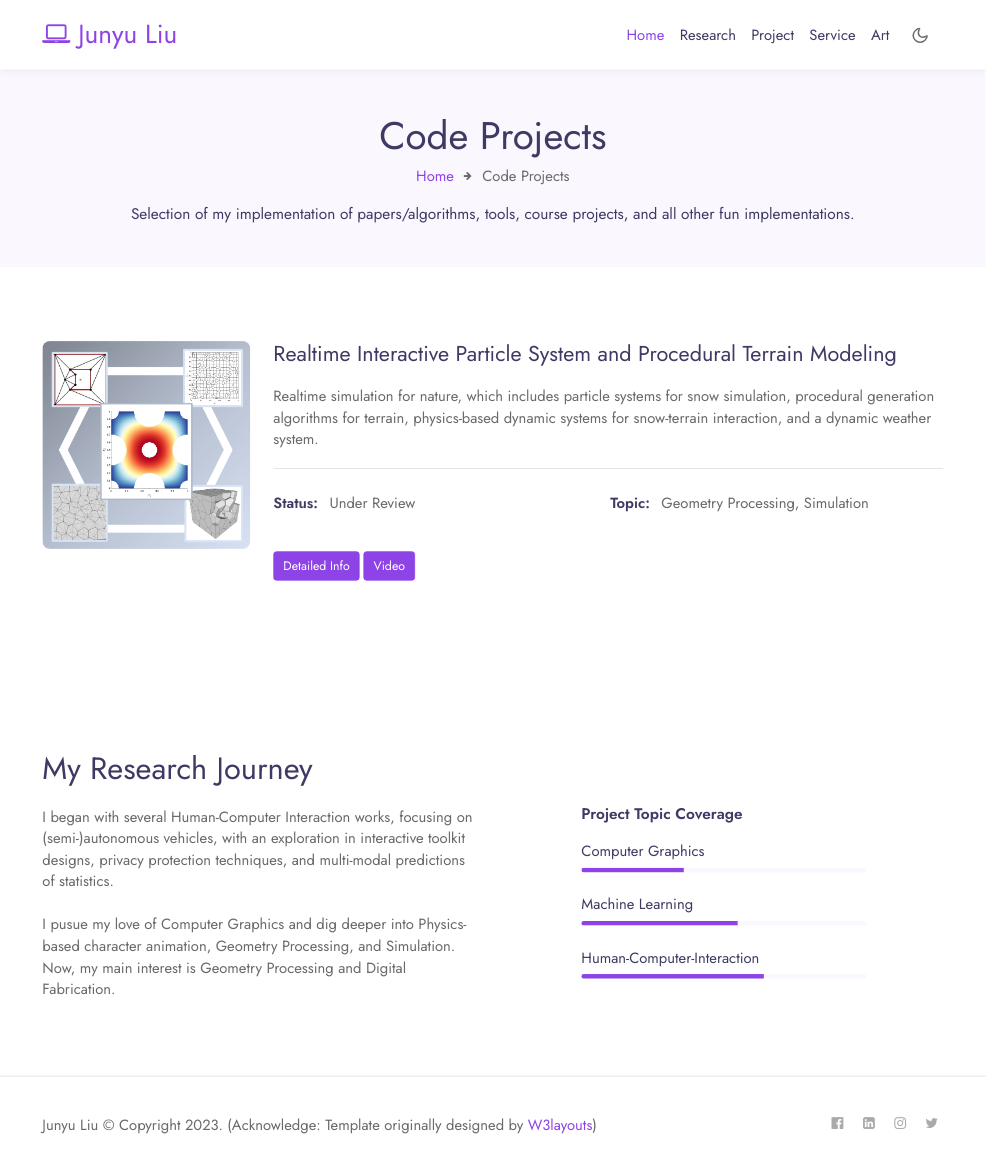
Repository: Junyu-Liu-Nate/junyu-liu-nate.github.io
Page: project.html
An editor plug-in stored every save of this project. The page is shown before and after the next save, followed by the edit.
The browser window is 1280 px wide. The pictures show the whole page, at 77% of full size.

Above is the page before, as saved 2024-04-10 18:04:17.
Console error: TypeError: Cannot read properties of null (reading 'classList')

### project.html
<!--
Author: Junyu Liu
Author: W3layouts
Author URL: http://w3layouts.com
-->
<!doctype html>
<html lang="en">

<head>
  <!-- Required meta tags -->
  <meta charset="utf-8">
  <meta name="viewport" content="width=device-width, initial-scale=1, shrink-to-fit=no">

  <title>Junyu Liu - Projects</title>

  <!-- google fonts -->
  <link href="//fonts.googleapis.com/css2?family=Jost:wght@300;400;600&display=swap" rel="stylesheet">

  <!-- Template CSS -->
  <link rel="stylesheet" href="assets/css/style-starter.css">
</head>

<body>
<!-- header -->
<header id="site-header" class="fixed-top">
  <div class="container">
      <nav class="navbar navbar-expand-lg stroke">
          <a class="navbar-brand" href="index.html">
              <span class="fa fa-laptop"></span> Junyu Liu
          </a>
          <!-- if logo is image enable this
      <a class="navbar-brand" href="#index.html">
          <img src="image-path" alt="Your logo" title="Your logo" style="height:35px;" />
      </a> -->
          <button class="navbar-toggler  collapsed bg-gradient" type="button" data-toggle="collapse"
              data-target="#navbarTogglerDemo02" aria-controls="navbarTogglerDemo02" aria-expanded="false"
              aria-label="Toggle navigation">
              <span class="navbar-toggler-icon fa icon-expand fa-bars"></span>
              <span class="navbar-toggler-icon fa icon-close fa-times"></span>
              </span>
          </button>

          <div class="collapse navbar-collapse" id="navbarTogglerDemo02">
            <ul class="navbar-nav ml-auto">
                <li class="nav-item active">
                    <a class="nav-link" href="index.html">Home <span class="sr-only">(current)</span></a>
                </li>
                <li class="nav-item @@research_active">
                    <a class="nav-link" href="research.html">Research</a>
                </li>
                <li class="nav-item @@project_active">
                  <a class="nav-link" href="project.html">Project</a>
                </li>
                <li class="nav-item @@service_active">
                  <a class="nav-link" href="service.html">Service</a>
                </li>
                <li class="nav-item @@art_active">
                    <a class="nav-link" href="art.html">Art</a>
                </li>
            </ul>
        </div>
          <!-- toggle switch for light and dark theme -->
          <div class="mobile-position">
              <nav class="navigation">
                  <div class="theme-switch-wrapper">
                      <label class="theme-switch" for="checkbox">
                          <input type="checkbox" id="checkbox">
                          <div class="mode-container">
                              <i class="gg-sun"></i>
                              <i class="gg-moon"></i>
                          </div>
                      </label>
                  </div>
              </nav>
          </div>
          <!-- //toggle switch for light and dark theme -->
      </nav>
  </div>
</header>
<!-- //header -->

<!-- about breadcrumb -->
<section class="w3l-about-breadcrumb text-center">
    <div class="breadcrumb-bg breadcrumb-bg-about py-sm-5 py-4">
        <div class="container py-2">
            <h2 class="title">Code Projects</h2>
            <ul class="breadcrumbs-custom-path mt-2">
                <li><a href="index.html">Home</a></li>
                <li class="active"><span class="fa fa-arrow-right mx-2" aria-hidden="true"></span> Code Projects </li>
            </ul>
            <br>
            <h5>Selection of my implementation of papers/algorithms, tools, course projects, and all other fun implementations.</h5>
        </div>
    </div>
</section>
<!-- //about breadcrumb -->

<!-- about page about section -->
<section class="w3l-aboutblock1" id="about">
    <div class="midd-w3 py-5">
        <div class="container py-lg-5 py-md-3">
              <div class="row">
                <div class="col-lg-3">
                  <div class="position-relative">
                      <img src="assets/images/project/thumnail/port-FEM-vs-VEM.png" alt="" class="radius-image img-fluid">
                  </div>
                </div>
                <div class="col-lg-9 mt-lg-0 mt-5">
                    <!-- <h5 class="title-small mb-2">Hello, I am UI/UX Designer</h5> -->
                    <h3 class="title">Realtime Interactive Particle System and Procedural Terrain Modeling</h3>
                    <p class="mt-4">
                      Realtime simulation for nature, which includes particle systems for snow simulation, procedural generation algorithms for terrain, physics-based dynamic systems for snow-terrain interaction, and a dynamic weather system.
                    </p>
                    <!-- <p class="mt-4">Proposed, developed and validated the first formalization method of Feint actions, the Palindrome-directed Generation of Feint. Designed and developed an automatic Feint generation model, FeintNet, to incorporate action-level policy designs with the formalization, enabling the effectiveness of Feint in multi-agent scenarios. The experiment results show that Feint actions brings overall benefits and introduce a great extent of diversity in Multi-Player Games.</p> -->
                    <div class="my-info mt-4">
                        <div class="single-info"><span>Status:</span>
                            <p>Under Review</p>
                        </div>
                        <div class="single-info"><span>Topic:</span>
                          <p>Geometry Processing, Simulation</p>
                        </div>
                    </div>
                    <div class="mt-sm-5 mt-4">
                      <a href="projects/Polygedral.html" class="btn btn-primary">Detailed Info</a>
                      <a href="https://youtu.be/e83U_-0MTHk" class="btn btn-primary">Video</a>
                      <!-- <a href="#download" class="btn btn-primary">Paper</a> -->
                      <!-- <a href="#download" class="btn btn-primary">Code</a> -->
                      <!-- <a href="#download" class="btn btn-primary">Video</a> -->
                    </div>
                    <!-- <div class="my-social mt-lg-3 mt-4">
                        <a href="#download" class="btn btn-style btn-primary">Detailed Info</a>
                        <ul class="social m-0 p-0">
                            <a href="#download" class="btn btn-outline-primary btn-style mr-2">Website</a>
                            <a href="#download" class="btn btn-outline-primary btn-style mr-2">Paper</a>
                            <a href="#download" class="btn btn-outline-primary btn-style mr-2">Code</a>
                        </ul>
                    </div> -->
                </div>
            </div>

            <!-- <p><br>-----------------------------------------------------------------------------------------------------------------------------------------------------------------------------------<br><br></p> -->
            <p><br></p>

        </div>
    </div>
</section>
<!-- //about page about section -->

<!-- about page third section -->
<section class="w3l-content-6 py-5">
    <div class="content-6-mian py-lg-5 py-md-4">
        <div class="container">
            <div class="content-info-in row">
                <div class="content-gd col-lg-6">
                    <h3 class="title-big mb-4">My Research Journey</h3>
                    <p>
                      I began with several Human-Computer Interaction works, focusing on (semi-)autonomous vehicles, with an exploration in interactive toolkit designs, privacy protection techniques, and multi-modal predictions of statistics.
                      <br><br>

                      I pusue my love of Computer Graphics and dig deeper into Physics-based character animation, Geometry Processing, and Simulation. Now, my main interest is Geometry Processing and Digital Fabrication.
                    </p>
                </div>
                <div class="content-gd col-lg-4 offset-lg-1">
                    <br><br><br>
                    <h5><b>Project Topic Coverage</b></h5><br>
                    <div class="progress-info">
                        <h6 class="progress-tittle">Computer Graphics</h6>
                        <div class="progress">
                            <div class="progress-bar progress-bar-striped" role="progressbar" style="width: 36%"
                                aria-valuenow="36" aria-valuemin="0" aria-valuemax="100">
                            </div>
                        </div>
                    </div>
                    <div class="progress-info">
                        <h6 class="progress-tittle">Machine Learning
                        </h6>
                        <div class="progress">
                            <div class="progress-bar progress-bar-striped" role="progressbar" style="width: 55%"
                                aria-valuenow="55" aria-valuemin="0" aria-valuemax="100">
                            </div>
                        </div>
                    </div>
                    <div class="progress-info">
                        <h6 class="progress-tittle">Human-Computer-Interaction</h6>
                        <div class="progress">
                            <div class="progress-bar progress-bar-striped" role="progressbar" style="width: 64%"
                                aria-valuenow="64" aria-valuemin="0" aria-valuemax="100">
                            </div>
                        </div>
                    </div>
                </div>
            </div>
        </div>
    </div>
</section>
<!-- about page third section -->

<!-- Footer -->
<section class="w3l-footer py-sm-5 py-4">
  <div class="container">
    <div class="footer-content">
      <div class="row">
        <div class="col-lg-8 footer-left">
          <p class="m-0">Junyu Liu © Copyright 2023. (Acknowledge: Template originally designed by <a href="https://w3layouts.com">W3layouts</a>)</p>
        </div>
        <div class="col-lg-4 footer-right text-lg-right text-center mt-lg-0 mt-3">
          <ul class="social m-0 p-0">
            <li><a href="#facebook"><span class="fa fa-facebook-official"></span></a></li>
            <li><a href="#linkedin"><span class="fa fa-linkedin-square"></span></a></li>
            <li><a href="#instagram"><span class="fa fa-instagram"></span></a></li>
            <li><a href="#twitter"><span class="fa fa-twitter"></span></a></li>
          </ul>
        </div>
      </div>
    </div>
  </div>

  <!-- move top -->
  <button onclick="topFunction()" id="movetop" title="Go to top">
    <span class="fa fa-angle-up"></span>
  </button>
  <script>
    // When the user scrolls down 20px from the top of the document, show the button
    window.onscroll = function () {
      scrollFunction()
    };

    function scrollFunction() {
      if (document.body.scrollTop > 20 || document.documentElement.scrollTop > 20) {
        document.getElementById("movetop").style.display = "block";
      } else {
        document.getElementById("movetop").style.display = "none";
      }
    }

    // When the user clicks on the button, scroll to the top of the document
    function topFunction() {
      document.body.scrollTop = 0;
      document.documentElement.scrollTop = 0;
    }
  </script>
  <!-- /move top -->
</section>
<!-- //Footer -->

<!-- all js scripts and files here -->

<script src="assets/js/theme-change.js"></script><!-- theme switch js (light and dark)-->

<script src="assets/js/jquery-3.3.1.min.js"></script><!-- default jQuery -->

<!-- /typig-text-->
<script>
  const typedTextSpan = document.querySelector(".typed-text");
  const cursorSpan = document.querySelector(".cursor");

  const textArray = ["UI/UX Designer", "Freelancer", "Web developer"];
  const typingDelay = 200;
  const erasingDelay = 10;
  const newTextDelay = 100; // Delay between current and next text
  let textArrayIndex = 0;
  let charIndex = 0;

  function type() {
    if (charIndex < textArray[textArrayIndex].length) {
      if (!cursorSpan.classList.contains("typing")) cursorSpan.classList.add("typing");
      typedTextSpan.textContent += textArray[textArrayIndex].charAt(charIndex);
      charIndex++;
      setTimeout(type, typingDelay);
    } else {
      cursorSpan.classList.remove("typing");
      setTimeout(erase, newTextDelay);
    }
  }

  function erase() {
    if (charIndex > 0) {
      // add class 'typing' if there's none
      if (!cursorSpan.classList.contains("typing")) {
        cursorSpan.classList.add("typing");
      }
      typedTextSpan.textContent = textArray[textArrayIndex].substring(0, 0);
      charIndex--;
      setTimeout(erase, erasingDelay);
    } else {
      cursorSpan.classList.remove("typing");
      textArrayIndex++;
      if (textArrayIndex >= textArray.length) textArrayIndex = 0;
      setTimeout(type, typingDelay);
    }
  }

  document.addEventListener("DOMContentLoaded", function () { // On DOM Load initiate the effect
    if (textArray.length) setTimeout(type, newTextDelay + 250);
  });
</script>
<!-- //typig-text-->

<!-- services owlcarousel -->
<script src="assets/js/owl.carousel.js"></script>

<!-- script for services -->
<script>
  $(document).ready(function () {
    $('.owl-two').owlCarousel({
      loop: true,
      margin: 30,
      nav: false,
      responsiveClass: true,
      autoplay: false,
      autoplayTimeout: 5000,
      autoplaySpeed: 1000,
      autoplayHoverPause: false,
      responsive: {
        0: {
          items: 1,
          nav: false
        },
        480: {
          items: 1,
          nav: false
        },
        700: {
          items: 1,
          nav: false
        },
        1090: {
          items: 3,
          nav: false
        }
      }
    })
  })
</script>
<!-- //script for services -->

<!-- script for tesimonials carousel slider -->
<script>
  $(document).ready(function () {
    $("#owl-demo1").owlCarousel({
      loop: true,
      margin: 20,
      nav: false,
      responsiveClass: true,
      responsive: {
        0: {
          items: 1,
          nav: false
        },
        736: {
          items: 1,
          nav: false
        },
        1000: {
          items: 2,
          nav: false,
          loop: false
        }
      }
    })
  })
</script>
<!-- //script for tesimonials carousel slider -->

<!-- video popup -->
<script src="assets/js/jquery.magnific-popup.min.js"></script>
<script>
  $(document).ready(function () {
    $('.popup-with-zoom-anim').magnificPopup({
      type: 'inline',

      fixedContentPos: false,
      fixedBgPos: true,

      overflowY: 'auto',

      closeBtnInside: true,
      preloader: false,

      midClick: true,
      removalDelay: 300,
      mainClass: 'my-mfp-zoom-in'
    });

    $('.popup-with-move-anim').magnificPopup({
      type: 'inline',

      fixedContentPos: false,
      fixedBgPos: true,

      overflowY: 'auto',

      closeBtnInside: true,
      preloader: false,

      midClick: true,
      removalDelay: 300,
      mainClass: 'my-mfp-slide-bottom'
    });
  });
</script>
<!-- //video popup -->

<!-- stats number counter-->
<script src="assets/js/jquery.waypoints.min.js"></script>
<script src="assets/js/jquery.countup.js"></script>
<script>
  $('.counter').countUp();
</script>
<!-- //stats number counter -->

<!-- disable body scroll which navbar is in active -->
<script>
  $(function () {
    $('.navbar-toggler').click(function () {
      $('body').toggleClass('noscroll');
    })
  });
</script>
<!-- disable body scroll which navbar is in active -->

<!--/MENU-JS-->
<script>
  $(window).on("scroll", function () {
    var scroll = $(window).scrollTop();

    if (scroll >= 80) {
      $("#site-header").addClass("nav-fixed");
    } else {
      $("#site-header").removeClass("nav-fixed");
    }
  });

  //Main navigation Active Class Add Remove
  $(".navbar-toggler").on("click", function () {
    $("header").toggleClass("active");
  });
  $(document).on("ready", function () {
    if ($(window).width() > 991) {
      $("header").removeClass("active");
    }
    $(window).on("resize", function () {
      if ($(window).width() > 991) {
        $("header").removeClass("active");
      }
    });
  });
</script>
<!--//MENU-JS-->

<!-- bootstrap js -->
<script src="assets/js/bootstrap.min.js"></script>

</body>

</html>

Loaded but not shown: assets/css/style-starter.css (library); assets/js/theme-change.js (common file); assets/js/jquery-3.3.1.min.js (library); assets/js/owl.carousel.js (library); assets/js/jquery.magnific-popup.min.js (library); assets/js/jquery.waypoints.min.js (library); assets/js/jquery.countup.js (common file); assets/js/bootstrap.min.js (library)

After the next save:
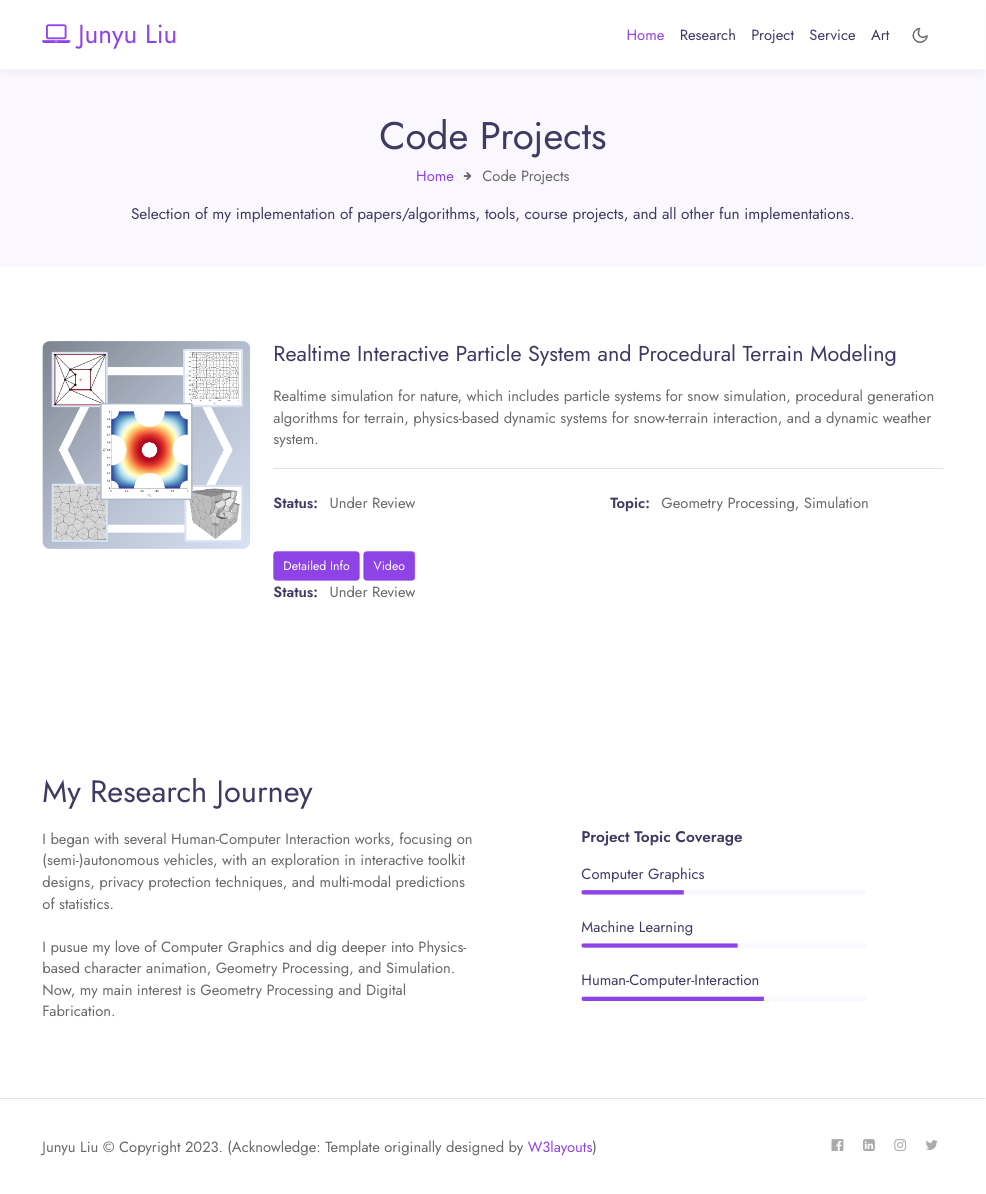
Saved 7 s later.
--- a/project.html
+++ b/project.html
@@ -123,6 +123,9 @@
                     <div class="mt-sm-5 mt-4">
                       <a href="projects/Polygedral.html" class="btn btn-primary">Detailed Info</a>
                       <a href="https://youtu.be/e83U_-0MTHk" class="btn btn-primary">Video</a>
+                      <div class="single-info"><span>Status:</span>
+                        <p>Under Review</p>
+                    </div>
                       <!-- <a href="#download" class="btn btn-primary">Paper</a> -->
                       <!-- <a href="#download" class="btn btn-primary">Code</a> -->
                       <!-- <a href="#download" class="btn btn-primary">Video</a> -->

After the save that followed:
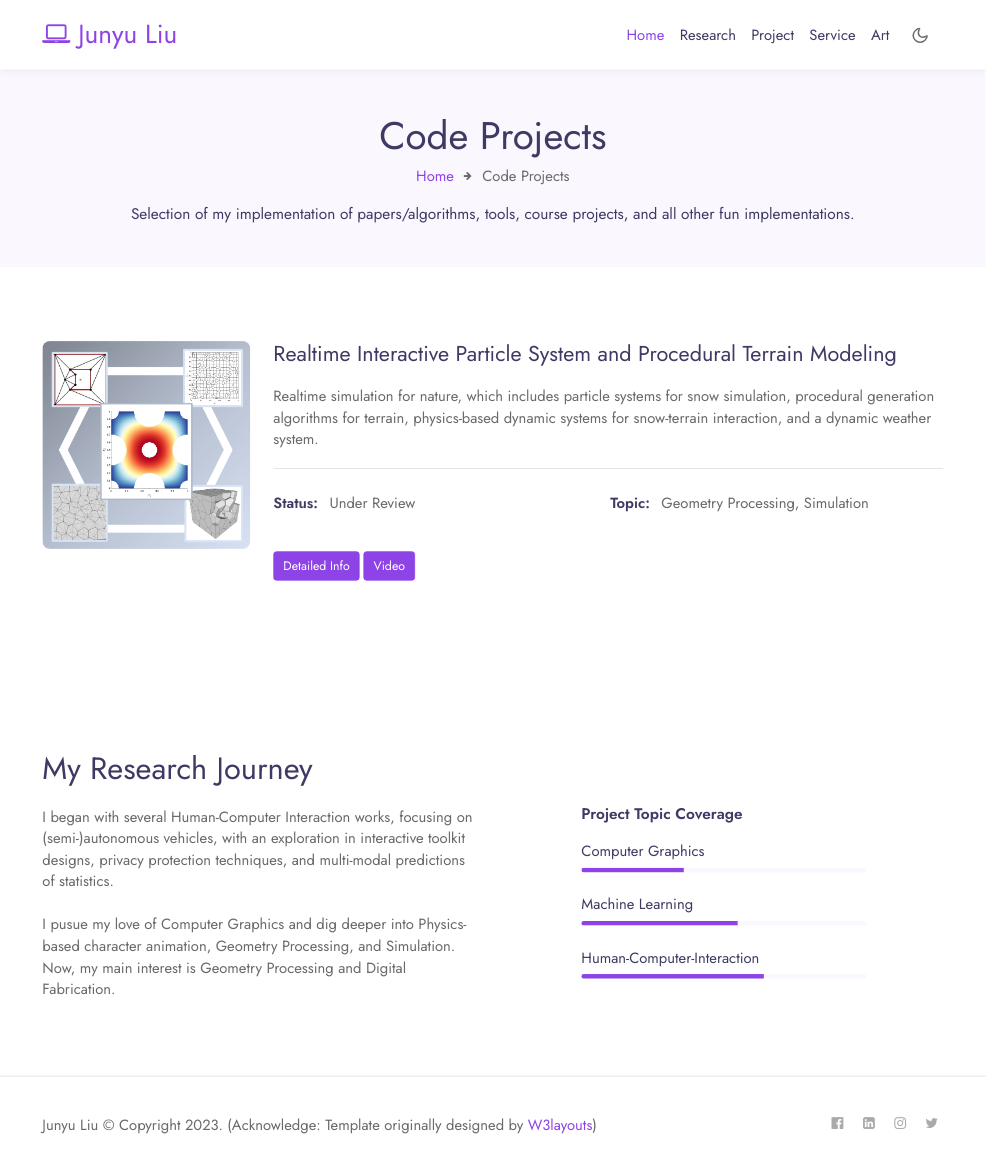
Saved 6 s later.
--- a/project.html
+++ b/project.html
@@ -123,9 +123,7 @@
                     <div class="mt-sm-5 mt-4">
                       <a href="projects/Polygedral.html" class="btn btn-primary">Detailed Info</a>
                       <a href="https://youtu.be/e83U_-0MTHk" class="btn btn-primary">Video</a>
-                      <div class="single-info"><span>Status:</span>
-                        <p>Under Review</p>
-                    </div>
+
                       <!-- <a href="#download" class="btn btn-primary">Paper</a> -->
                       <!-- <a href="#download" class="btn btn-primary">Code</a> -->
                       <!-- <a href="#download" class="btn btn-primary">Video</a> -->
